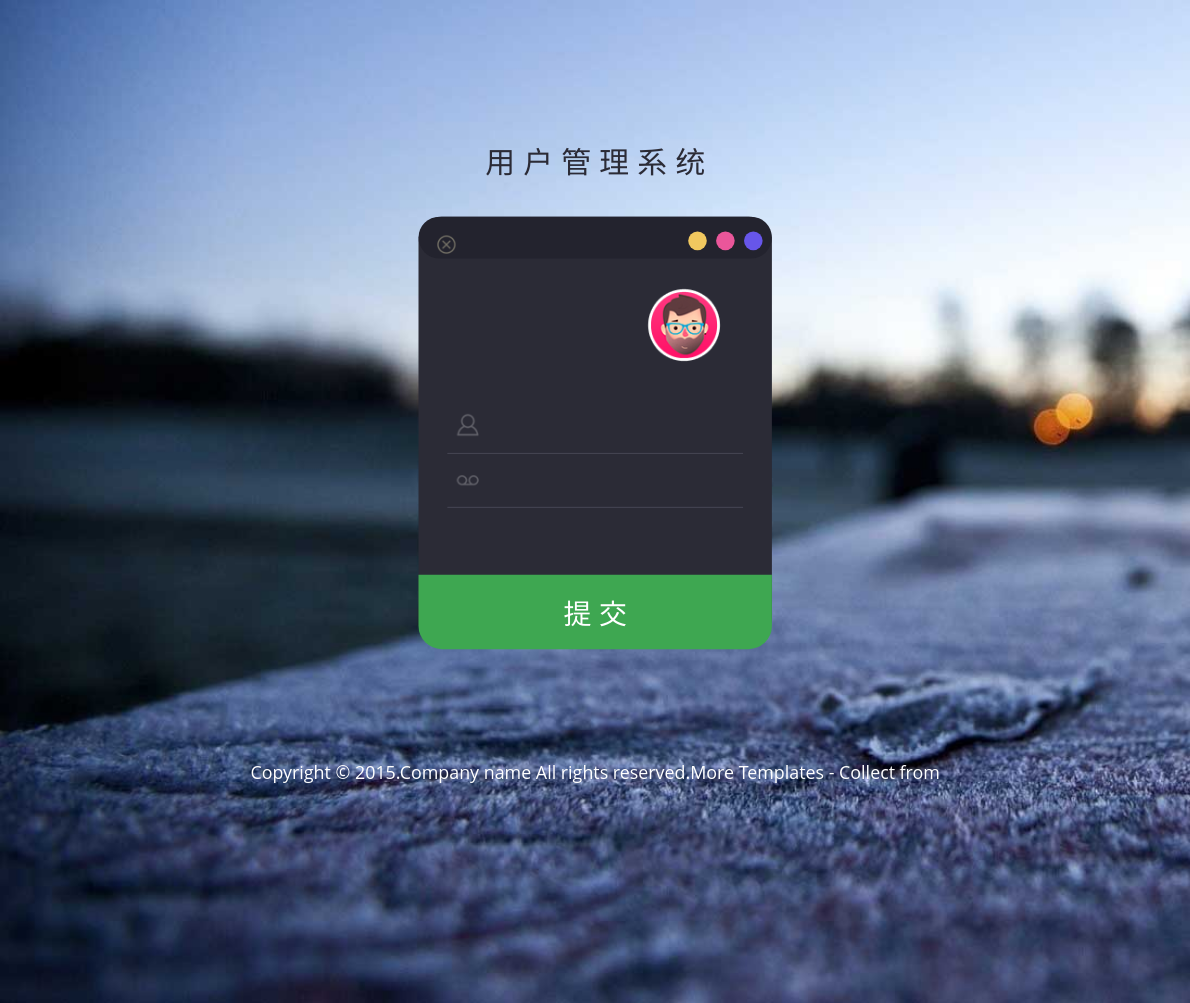
Repository: tiandizhizui/practice
Page: http://localhost/testProject_Maven_Webapp/WEB-INF/views/admin/login/login.jsp
These files come from the project's save history. The page is drawn as it stood at one moment and after the next save; the edit follows.
The browser window is 1280 px wide. The pictures show the whole page, at 93% of full size.
The page is served by Tomcat 9. Nobody is signed in. The template is opened directly, without the code that normally fills it, so the values that code supplies are empty.

Above is the page before, as saved 2017-05-04 06:46:30.

After the next save:
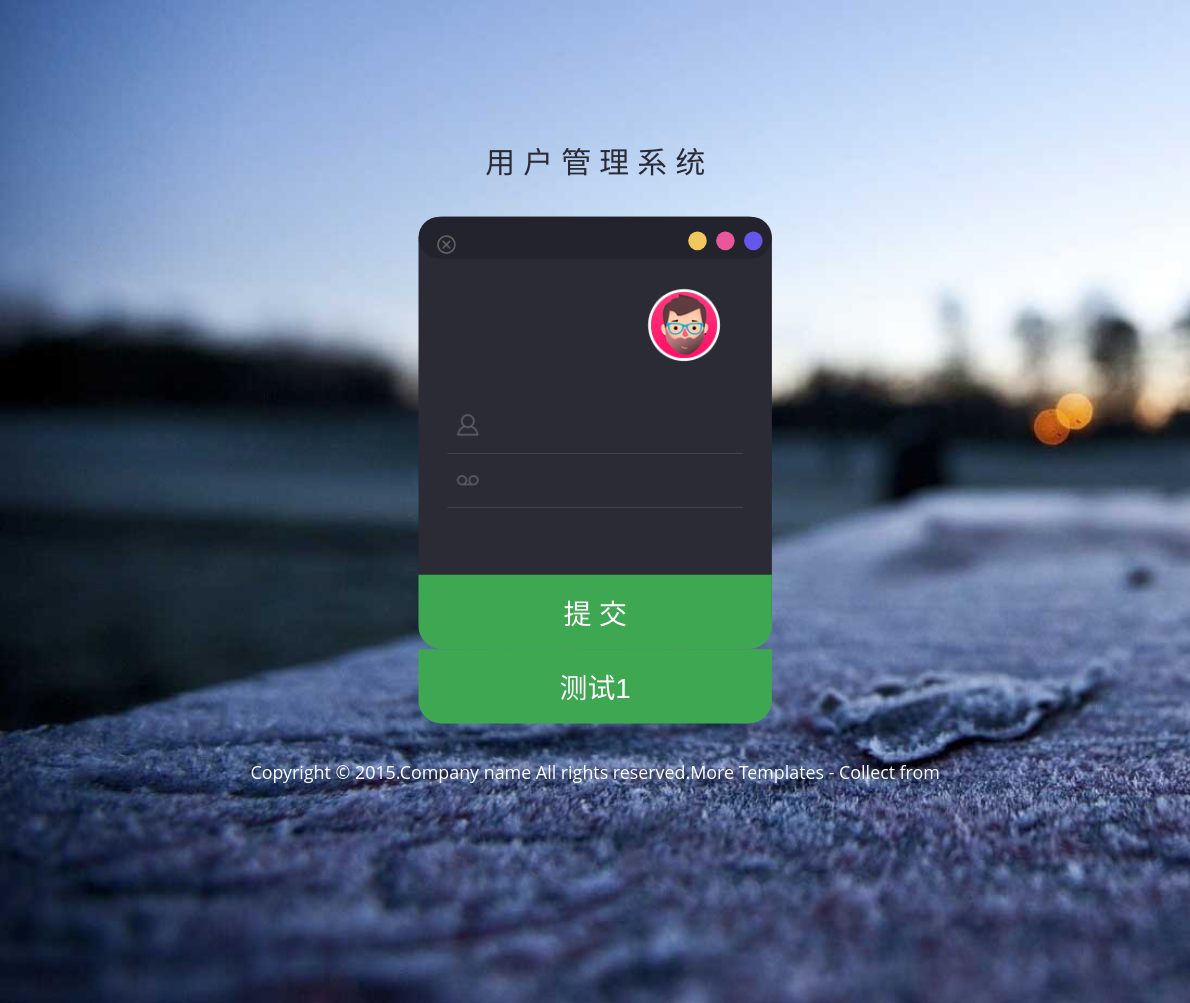
Saved 7 min 25 s later.
--- a/UserManagePractice/testProject Maven Webapp/src/main/webapp/WEB-INF/views/admin/login/login.jsp
+++ b/UserManagePractice/testProject Maven Webapp/src/main/webapp/WEB-INF/views/admin/login/login.jsp
@@ -6,8 +6,8 @@
 <head>
 <meta http-equiv="Content-Type" content="text/html; charset=UTF-8">
 <link href="${cssph}/login.css" rel="stylesheet">
+<script type="text/javascript" src="${jsph }/jquery.min.js"></script>
 <script type="text/javascript" src="${jsph }/login.js"></script>
-<script type="text/javascript" src="${jsph }/jquery.min.js"></script>
 <script type="text/javascript" src="${jsph }/layer/layer.js"></script>
 <title>登	录</title>
 </head>
@@ -21,14 +21,15 @@
 		<div id="div-head-img">
 			<img src="${imgph}/avtar.png">
 		</div>
-		<form>
-			<input type="text" id="name">
+		<form id="form1">
+			<input type="text" id="name" name="name">
 			<div class="div-key">
-				<input type="password" id="password">
+				<input type="password" id="password" name="password">
 			</div>
 		</form>
 		<div id="div-sigin">
-			<input type="button" id="login" value="提 交">
+			<input type="submit" id="login" value="提 交">
+			<input type="button" id="test1" value="测试1">
 		</div>
 	</div>
 	<div id="footer">
